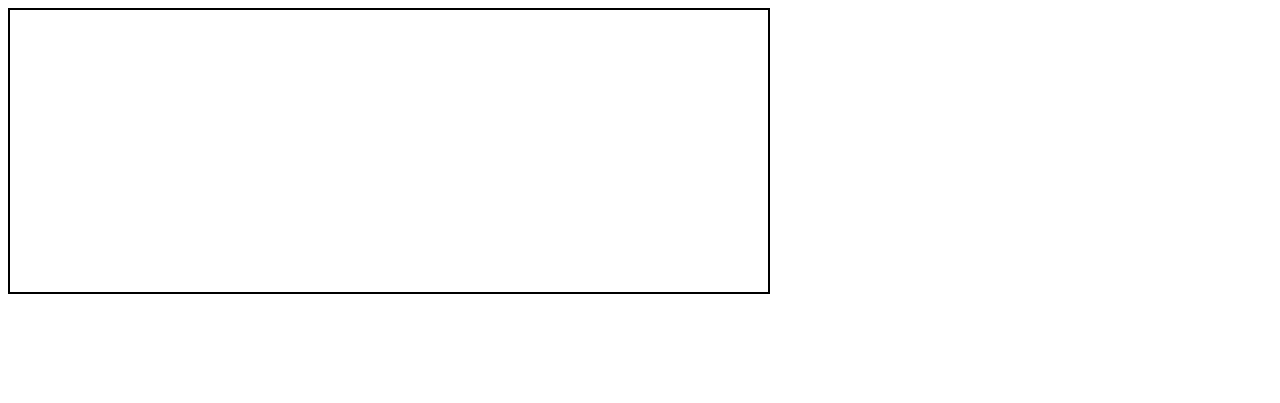
Repository: emdes515/EHpanel
Page: html/obecnosc.html
The author's editor kept a copy of each file at every save. The page is drawn from the files as they stood at one save, then again after the next save.
The browser window is 1280 px wide. The pictures show the whole page.

Above is the page before, as saved 2024-04-22 07:46:04.

### html/obecnosc.html
<style>
	.main {
		width: 60%;
		height: 40%;
		border: 2px solid black;
	}
</style>

<div class="main"></div>

After the next save:
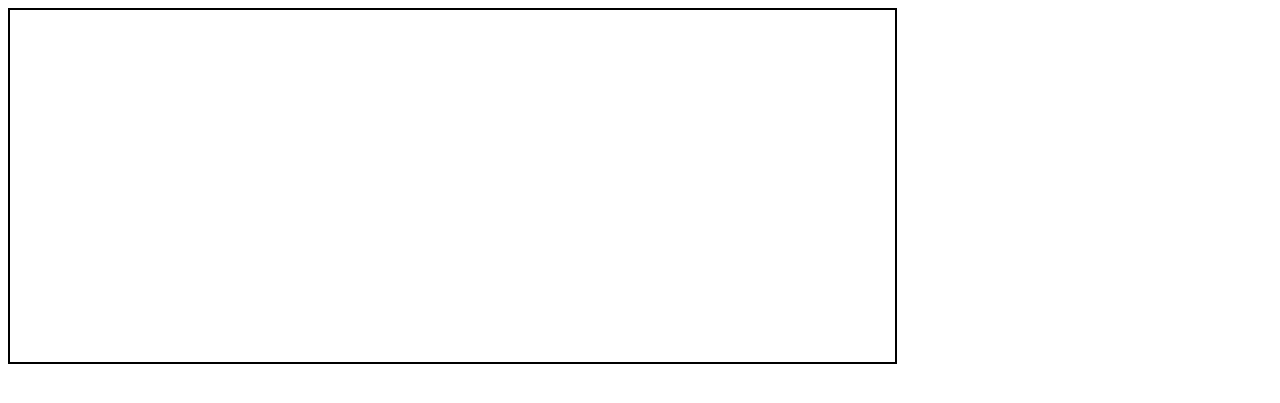
Saved 11 s later.
--- a/html/obecnosc.html
+++ b/html/obecnosc.html
@@ -1,7 +1,7 @@
 <style>
 	.main {
-		width: 60%;
-		height: 40%;
+		width: 70%;
+		height: 50%;
 		border: 2px solid black;
 	}
 </style>
